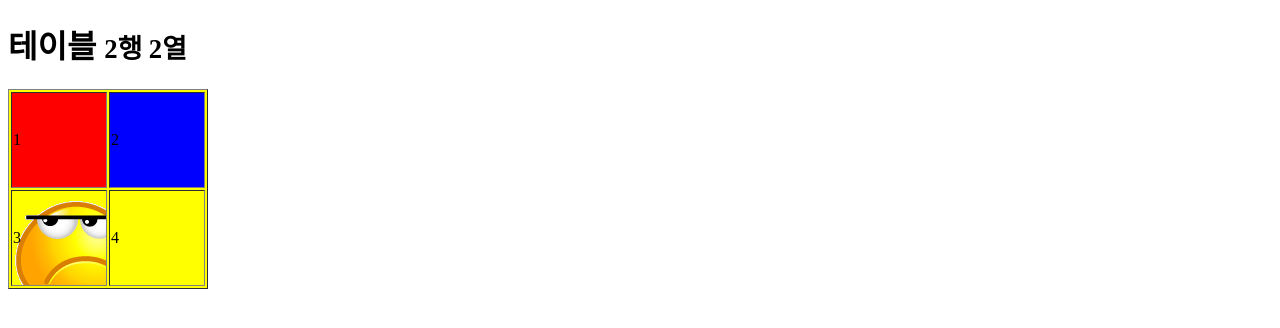
Repository: kmd192kmd/Web
Page: html/HtmlTest/src/main/webapp/ex13_table.html
An editor plug-in stored every save of this project. The page is shown before and after the next save, followed by the edit.
The browser window is 1280 px wide. The pictures show the whole page.

Above is the page before, as saved 2026-02-13 05:24:25.

After the next save:
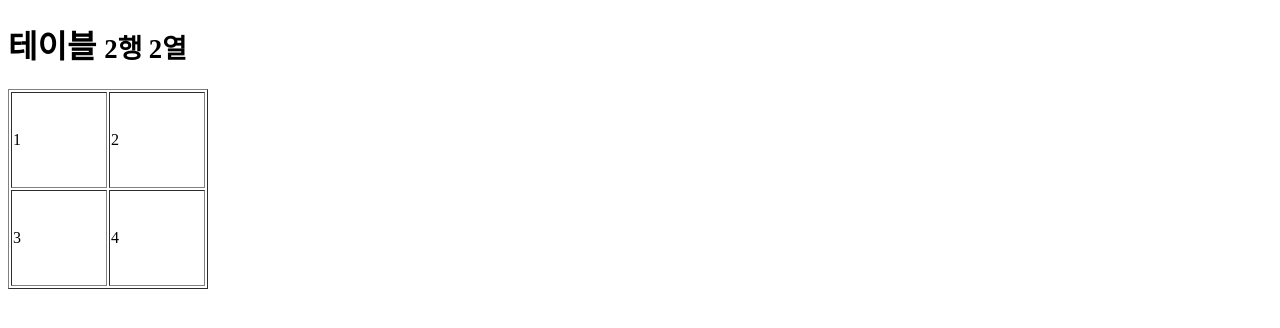
Saved 69 s later.
--- a/html/HtmlTest/src/main/webapp/ex13_table.html
+++ b/html/HtmlTest/src/main/webapp/ex13_table.html
@@ -33,7 +33,7 @@
 
 	 -->
 
-	 <h1>테이블 <small>2행 2열</small></h1>
+	 <!-- <h1>테이블 <small>2행 2열</small></h1>
 
 	 <table border="1" width="200" height="200" bgcolor="yellow">
 	 	<tr bgcolor="blue">
@@ -44,6 +44,20 @@
 	 		<td background="images/face01.png">3</td>
 	 		<td>4</td>
 	 	</tr>
+	 </table> -->
+
+
+	 <h1>테이블 <small>2행 2열</small></h1>
+
+	  <table border="1" width="200" height="200">
+	 	<tr>
+	 		<td align="left">1</td>
+	 		<td>2</td>
+	 	</tr>
+	 	<tr>
+	 		<td>3</td>
+	 		<td>4</td>
+	 	</tr>
 	 </table>
 
 </body>
